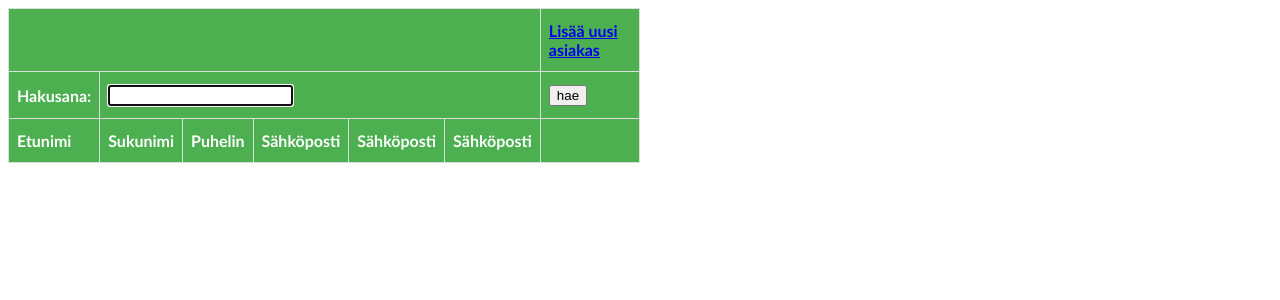
Repository: a1503589/ohjelmointi2-lopputyo
Page: http://localhost/autot/listaaveneet.jsp
The author's editor kept a copy of each file at every save. The page is drawn from the files as they stood at one save, then again after the next save.
The browser window is 1280 px wide. The pictures show the whole page.
The page is served by Tomcat 9. Other server files are loaded and not shown.

Above is the page before, as saved 2021-12-12 17:01:13.

### autot/src/main/webapp/listaaveneet.jsp
<%@ page language="java" contentType="text/html; charset=ISO-8859-1"
    pageEncoding="ISO-8859-1"%>
<!DOCTYPE html>
<html>
<head>
<meta charset="ISO-8859-1">
<link rel="stylesheet" type="text/css" href="css/main.css">
<script src="scripts/main.js"></script>
<title>Listaa asiakkaat</title>
<style>
.oikealle{
	text-align: right;
}
</style>
</head>
<body onkeydown="tutkiKey(event)">
<table id="listaus">
	<thead>
		<tr>
			<th colspan="6" id="ilmo"></th>
			<th><a id="uusiAsiakas" href="lisaaasiakas.jsp">Lisää uusi asiakas</a></th>
		</tr>
		<tr>
			<th class="oikealle">Hakusana:</th>
			<th colspan="5"><input type="text" id="hakusana"></th>
			<th><input type="button" value="hae" id="hakunappi" onclick="haeTiedot()"></th>
		</tr>
		<tr>
			<th>Etunimi</th>
			<th>Sukunimi</th>
			<th>Puhelin</th>
			<th>Sähköposti</th>
			<th>Sähköposti</th>
			<th>Sähköposti</th>
			<th></th>
		</tr>
	</thead>
	<tbody id="tbody">
	</tbody>
</table>
<script>
haeTiedot();
document.getElementById("hakusana").focus();//viedään kursori hakusana-kenttään sivun latauksen yhteydessä

function tutkiKey(event){
	if(event.keyCode==13){//Enter
		haeTiedot();
	}
}
//Funktio tietojen hakemista varten
//GET   /autot/{hakusana}
function haeTiedot(){

	document.getElementById("tbody").innerHTML = "";
	console.log("toimii?");
	fetch("veneet/" + document.getElementById("hakusana").value,{//Lähetetään kutsu backendiin
	      method: 'GET'
	    })
	.then(function (response) {//Odotetaan vastausta ja muutetaan JSON-vastaus objektiksi
		return response.json()
	})
	.then(function (responseJson) {//Otetaan vastaan objekti responseJson-parametrissä
		var veneet = responseJson.veneet;
		var htmlStr="";
		for(var i=0;i<veneet.length;i++){
        	htmlStr+="<tr>";
        	htmlStr+="<td>"+veneet[i].merkkimalli+"</td>";
        	htmlStr+="<td>"+veneet[i].hinta+"</td>";
        	htmlStr+="<td>"+veneet[i].leveys+"</td>";
        	htmlStr+="<td>"+veneet[i].nimi+"</td>";
        	htmlStr+="<td>"+veneet[i].pituus+"</td>";
        	htmlStr+="<td>"+veneet[i].tunnus+"</td>";
        	htmlStr+="<td><a href='muutaasiakas.jsp?asiakas_id="+asiakkaat[i].asiakas_id+"'>Muuta</a>&nbsp;";
        	htmlStr+="<span class='poista' onclick=poista('"+asiakkaat[i].asiakas_id+"','"+asiakkaat[i].etunimi+"','"+asiakkaat[i].sukunimi+"')>Poista</span></td>";
        	htmlStr+="</tr>";
		}
		document.getElementById("tbody").innerHTML = htmlStr;
	})
}

//Funktio tietojen poistamista varten. Kutsutaan backin DELETE-metodia ja välitetään poistettavan tiedon id.
//DELETE /autot/id
function poista(asiakas_id, etunimi,sukunimi){
	if(confirm("Poista asiakas " + etunimi + " " + sukunimi +" ?")){
		fetch("asiakkaat/"+asiakas_id,{//Lähetetään kutsu backendiin
		      method: 'DELETE'
		    })
		.then(function (response) {//Odotetaan vastausta ja muutetaan JSON-vastaus objektiksi
			return response.json()
		})
		.then(function (responseJson) {//Otetaan vastaan objekti responseJson-parametrissä
			var vastaus = responseJson.response;
			if(vastaus==0){
				document.getElementById("ilmo").innerHTML= "Asiakkaan poisto epäonnistui.";
	        }else if(vastaus==1){
	        	document.getElementById("ilmo").innerHTML="Asiakkaan" + etunimi + " " + sukunimi + " poisto onnistui.";
				haeTiedot();
			}
			setTimeout(function(){ document.getElementById("ilmo").innerHTML=""; }, 5000);
		})
	}
}
</script>
</body>
</html>

### autot/src/main/webapp/css/main.css
@charset "ISO-8859-1";
table {
  font-family: "Trebuchet MS", Arial, Helvetica, sans-serif;
  border-collapse: collapse;
  width: 50%;
}

table td, table th {
  border: 1px solid #ddd;
  padding: 8px;
}

table tbody tr:nth-child(even){background-color: #f2f2f2;}

table tbody tr:hover {background-color: #ddd;}

table th {
  padding-top: 12px;
  padding-bottom: 12px;
  text-align: left;
  background-color: #4CAF50;
  color: white;
}

.poista{
	color: red;
	text-decoration: underline;
	cursor: pointer;
}

.oikealle{
	text-align: right;

}

#uusi, #takaisin{
	color: white;
	cursor: pointer;
}

### autot/src/main/webapp/scripts/main.js

function requestURLParam(sParam){
    var sPageURL = window.location.search.substring(1);
    var sURLVariables = sPageURL.split("&");
    for (var i = 0; i < sURLVariables.length; i++){
        var sParameterName = sURLVariables[i].split("=");
        if(sParameterName[0] == sParam){
            return sParameterName[1];
        }
    }
}
function formDataToJSON(data){
	var returnStr="{";
	for(var i=0; i<data.length; i++){
		returnStr+="\"" +data[i].name + "\":\"" + data[i].value + "\",";
	}
	returnStr = returnStr.substring(0, returnStr.length - 1); //poistetaan viimeinen pilkku
	returnStr+="}";
	return returnStr;
}

function siivoa(teksti){
	teksti=teksti.replace("<","");
	teksti=teksti.replace(";","");
	teksti=teksti.replace("'","''");
	return teksti;
}

### autot/src/main/java/control/Veneet.java
package control;

import java.io.IOException;
import java.io.PrintWriter;
import java.util.ArrayList;
import javax.servlet.ServletException;
import javax.servlet.annotation.WebServlet;
import javax.servlet.http.HttpServlet;
import javax.servlet.http.HttpServletRequest;
import javax.servlet.http.HttpServletResponse;

import org.json.JSONObject;

import model.Vene;
import model.dao.Dao;

@WebServlet("/veneet/*")
public class Veneet extends HttpServlet {
	private static final long serialVersionUID = 1L;

    public Veneet() {
        super();
        System.out.println("Veneet.Veneet()");
    }

  //Haetaan autojen tiedot
    //GET  /autot/{hakusana}
    //GET /autot/haeyksi/rekno
	protected void doGet(HttpServletRequest request, HttpServletResponse response) throws ServletException, IOException {
		System.out.println("Veneet.doGet()");
		String pathInfo = request.getPathInfo();	//haetaan kutsun polkutiedot, esim. /audi
		System.out.println("polku: "+pathInfo);
		System.out.println("doGet tähän 1");
		Dao dao = new Dao();
		ArrayList<Vene> veneet;
		String strJSON="";
		if(pathInfo==null) { //Haetaan kaikki autot
			veneet = dao.listaaKaikki();
			strJSON = new JSONObject().put("vene", veneet).toString();
		}else if(pathInfo.indexOf("haeyksi")!=-1) {		//polussa on sana "haeyksi", eli haetaan yhden auton tiedot
			System.out.println("Tähän tultiin");
			String tunnus = pathInfo.replace("/haeyksi/", ""); //poistetaan polusta "/haeyksi/", j�ljelle j�� rekno
			Vene vene = dao.etsiVene(tunnus);

			JSONObject JSON = new JSONObject();
			JSON.put("tunnus", vene.getTunnus());
			JSON.put("nimi", vene.getNimi());
			JSON.put("merkkimalli", vene.getMerkkimalli());
			JSON.put("pituus", vene.getPituus());
			JSON.put("leveys", vene.getLeveys());
			JSON.put("hinta", vene.getHinta());
			strJSON = JSON.toString();
		}else{ //Haetaan hakusanan mukaiset autot
			String hakusana = pathInfo.replace("/", "");
			veneet = dao.listaaKaikki(hakusana);
			strJSON = new JSONObject().put("veneet", veneet).toString();
		}
		response.setContentType("application/json");
		response.setCharacterEncoding("UTF-8");
		PrintWriter out = response.getWriter();
		out.println(strJSON);

	}

	/*
	 * protected void doGet(HttpServletRequest request, HttpServletResponse response) throws ServletException, IOException {
		System.out.println("Asiakkaat.doGet()");
		String pathInfo = request.getPathInfo();	//haetaan kutsun polkutiedot, esim. /aalto
		System.out.println("polku: "+pathInfo);
		String hakusana="";
		if(pathInfo!=null) {
			hakusana = pathInfo.replace("/", "");
		}
		Dao dao = new Dao();
		ArrayList<Asiakas> asiakkaat = dao.listaaKaikki(hakusana);
		System.out.println(asiakkaat);
		String strJSON = new JSONObject().put("asiakkaat", asiakkaat).toString();
		response.setContentType("application/json");
		PrintWriter out = response.getWriter();
		out.println(strJSON);
	}
	 */
	protected void doPost(HttpServletRequest request, HttpServletResponse response) throws ServletException, IOException {
		System.out.println("Veneet.doPost()");
		JSONObject jsonObj = new JsonStrToObj().convert(request); //Muutetaan kutsun mukana tuleva json-string json-objektiksi
		Vene vene = new Vene();
		vene.setNimi(jsonObj.getString("nimi"));
		vene.setMerkkimalli(jsonObj.getString("merkkimalli"));
		vene.setPituus(Double.parseDouble(jsonObj.getString("pituus")));
		vene.setLeveys(Double.parseDouble(jsonObj.getString("leveys")));
		vene.setHinta(Integer.parseInt(jsonObj.getString("hinta")));
		response.setContentType("application/json");
		response.setCharacterEncoding("UTF-8");
		PrintWriter out = response.getWriter();
		Dao dao = new Dao();
		if(dao.lisaaVene(vene)){ //metodi palauttaa true/false
			out.println("{\"response\":1}");  //Auton lis��minen onnistui {"response":1}
		}else{
			out.println("{\"response\":0}");  //Auton lis��minen ep�onnistui {"response":0}
		}
	}

	protected void doPut(HttpServletRequest request, HttpServletResponse response) throws ServletException, IOException {

		System.out.println("Veneet.doPut()");


		JSONObject jsonObj = new JsonStrToObj().convert(request); //Muutetaan kutsun mukana tuleva json-string json-objektiksi


		Vene vene = new Vene();
		vene.setTunnus(Integer.parseInt(jsonObj.getString("tunnus")));
		vene.setNimi(jsonObj.getString("nimi"));
		vene.setMerkkimalli(jsonObj.getString("merkkimalli"));
		vene.setPituus(Double.parseDouble(jsonObj.getString("pituus")));
		vene.setLeveys(Double.parseDouble(jsonObj.getString("leveys")));
		vene.setHinta(Integer.parseInt(jsonObj.getString("hinta")));

		response.setContentType("application/json");

		//System.out.println(asiakas);
		response.setCharacterEncoding("UTF-8");
		PrintWriter out = response.getWriter();
		Dao dao = new Dao();
		if(dao.muutaVene(vene)){ //metodi palauttaa true/false
			out.println("{\"response\":1}");  //Auton muuttaminen onnistui {"response":1}
		}else{
			out.println("{\"response\":0}");  //Auton muuttaminen ep�onnistui {"response":0}
		}
	}

	protected void doDelete(HttpServletRequest request, HttpServletResponse response) throws ServletException, IOException {
		System.out.println("Veneet.doDelete()");
		String pathInfo = request.getPathInfo();	//haetaan kutsun polkutiedot, esim. /ABC-222
		System.out.println("polku: "+pathInfo);
		String poistettavaTunnus = pathInfo.replace("/", "");
		response.setContentType("application/json");
		response.setCharacterEncoding("UTF-8");
		PrintWriter out = response.getWriter();
		Dao dao = new Dao();
		if(dao.poistaVene(poistettavaTunnus)){ //metodi palauttaa true/false
			out.println("{\"response\":1}");  //Auton poistaminen onnistui {"response":1}
		}else{
			out.println("{\"response\":0}");  //Auton poistaminen ep�onnistui {"response":0}
		}
	}

}

### autot/src/main/java/model/dao/Dao.java
package model.dao;

import java.sql.Connection;
import java.sql.DriverManager;
import java.sql.PreparedStatement;
import java.sql.ResultSet;
import java.util.ArrayList;

import model.Vene;

public class Dao {
	private Connection con=null;
	private ResultSet rs = null;
	private PreparedStatement stmtPrep=null;
	private String sql;
	private String db ="Venekanta.sqlite";

	private Connection yhdista(){
    	Connection con = null;
    	String path = System.getProperty("catalina.base");
    	path = path.substring(0, path.indexOf(".metadata")).replace("\\", "/"); //Eclipsessa
    	//System.out.println("Polku on: " + path);
    	//path += "/webapps/"; //Tuotannossa. Laita kanta webapps-kansioon.
    	String url = "jdbc:sqlite:"+path+db;
    	try {
    		Class.forName("org.sqlite.JDBC");
	        con = DriverManager.getConnection(url);
	        System.out.println("Yhteys avattu.");
	     }catch (Exception e){
	    	 System.out.println("Yhteyden avaus ep�onnistui.");
	        e.printStackTrace();
	     }
	     return con;
	}

	public ArrayList<Vene> listaaKaikki(){
		ArrayList<Vene> veneet = new ArrayList<Vene>();
		sql = "SELECT * FROM asiakkaat";
		try {
			con=yhdista();
			if(con!=null){ //jos yhteys onnistui
				stmtPrep = con.prepareStatement(sql);
        		rs = stmtPrep.executeQuery();
				if(rs!=null){ //jos kysely onnistui
					while(rs.next()){
						Vene vene = new Vene();
						vene.setTunnus(rs.getInt(1));
						vene.setNimi(rs.getString(2));
						vene.setMerkkimalli(rs.getString(3));
						vene.setPituus(rs.getDouble(4));
						vene.setHinta(rs.getInt(5));
						veneet.add(vene);
						}
				}
			}
			con.close();
		} catch (Exception e) {
			e.printStackTrace();
		}
		return veneet;
	}

	public ArrayList<Vene> listaaKaikki(String hakusana){
		ArrayList<Vene> veneet = new ArrayList<Vene>();
		sql = "SELECT * FROM veneet WHERE nimi LIKE ? or merkkimalli LIKE ?";
		try {
			con=yhdista();
			if(con!=null){ //jos yhteys onnistui
				stmtPrep = con.prepareStatement(sql);
				stmtPrep.setString(1, "%" + hakusana + "%");
				stmtPrep.setString(2, "%" + hakusana + "%");
				rs = stmtPrep.executeQuery();
				if(rs!=null){ //jos kysely onnistui
					while(rs.next()){
						Vene vene = new Vene();
						vene.setTunnus(rs.getInt(1));
						vene.setNimi(rs.getString(2));
						vene.setMerkkimalli(rs.getString(3));
						vene.setPituus(rs.getDouble(4));
						vene.setLeveys(rs.getDouble(5));
						vene.setHinta(rs.getInt(6));
						veneet.add(vene);

					}
				}
				con.close();
			}
		} catch (Exception e) {
			e.printStackTrace();
		}
		return veneet;
	}


	 public boolean lisaaVene(Vene vene){
		boolean paluuArvo=true;
		sql="INSERT INTO veneet(nimi, merkkimalli, pituus, leveys, hinta) VALUES(?,?,?,?)";
		System.out.println("Ajettiin");
		try {
			con = yhdista();
			stmtPrep=con.prepareStatement(sql);
			stmtPrep.setString(1, vene.getNimi());
			stmtPrep.setString(2, vene.getMerkkimalli());
			stmtPrep.setString(3, Double.toString(vene.getPituus()));
			stmtPrep.setString(4, Double.toString(vene.getLeveys()));
			stmtPrep.setString(5, Integer.toString(vene.getHinta()));
			stmtPrep.executeUpdate();
	        con.close();
		} catch (Exception e) {
			e.printStackTrace();
			paluuArvo=false;
		}
		return paluuArvo;
	}

	 public boolean poistaVene(String tunnus){ //Oikeassa el�m�ss� tiedot ensisijaisesti merkit��n poistetuksi.
			boolean paluuArvo=true;
			sql="DELETE FROM veneet WHERE tunnus=?";
			try {
				con = yhdista();
				stmtPrep=con.prepareStatement(sql);
				stmtPrep.setString(1, tunnus);
				stmtPrep.executeUpdate();
		        con.close();
			} catch (Exception e) {
				e.printStackTrace();
				paluuArvo=false;
			}
			return paluuArvo;
		}

	 public Vene etsiVene (String tunnus) {
			Vene vene = null;
			sql = "SELECT * FROM veneet WHERE tunnus=?";
			try {
				con=yhdista();
				if(con!=null){
					stmtPrep = con.prepareStatement(sql);
					stmtPrep.setString(1, tunnus);
	        		rs = stmtPrep.executeQuery();
	        		if(rs.isBeforeFirst()){ //jos kysely tuotti dataa, eli rekNo on k�yt�ss�
	        			rs.next();
	        			vene = new Vene();
	        			vene.setTunnus(rs.getInt(1));
	        			vene.setNimi(rs.getString(2));
						vene.setMerkkimalli(rs.getString(3));
						vene.setPituus(Double.parseDouble(rs.getString(4)));
						vene.setLeveys(Double.parseDouble(rs.getString(5)));
						vene.setHinta(Integer.parseInt(rs.getString(6)));

					}
				}
				con.close();
			} catch (Exception e) {
				e.printStackTrace();
			}
			return vene;
		}

	 public boolean muutaVene(Vene vene){
			boolean paluuArvo=true;
			String tunnus = Integer.toString(vene.getTunnus());
			System.out.println(tunnus);
			System.out.println(vene);
			sql="UPDATE veneet SET nimi=?, merkkimalli=?, pituus=?, leveys=?, hinta=? WHERE tunnus=?";
			try {
				con = yhdista();

				stmtPrep=con.prepareStatement(sql);
				stmtPrep.setString(1, vene.getNimi());
				stmtPrep.setString(2, vene.getMerkkimalli());
				stmtPrep.setString(3, Double.toString(vene.getPituus()));
				stmtPrep.setString(4, Double.toString(vene.getLeveys()));
				stmtPrep.setString(5, Integer.toString(vene.getHinta()));
				stmtPrep.setString(6, tunnus);
				stmtPrep.executeUpdate();
		        con.close();
			} catch (Exception e) {
				e.printStackTrace();
				paluuArvo=false;
			}
			return paluuArvo;
		}



}

After the next save:
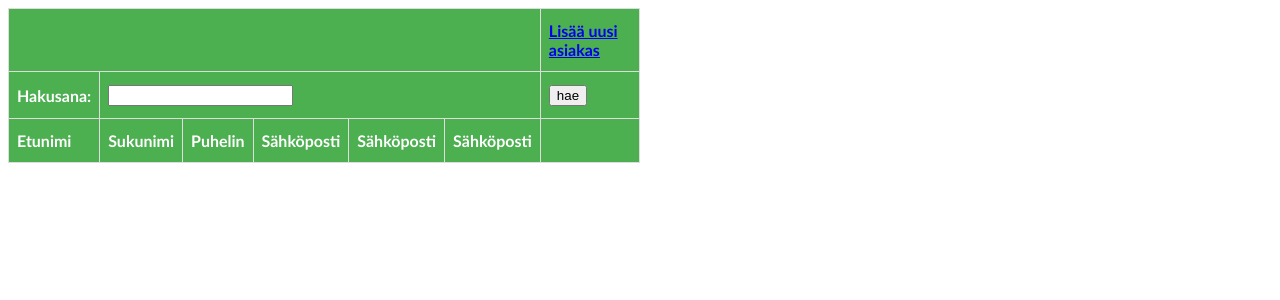
Console error: SyntaxError: Unexpected token '.'
Saved 15 s later.
--- a/autot/src/main/webapp/listaaveneet.jsp
+++ b/autot/src/main/webapp/listaaveneet.jsp
@@ -52,10 +52,11 @@
 function haeTiedot(){
 
 	document.getElementById("tbody").innerHTML = "";
-	console.log("toimii?");
+
 	fetch("veneet/" + document.getElementById("hakusana").value,{//Lähetetään kutsu backendiin
 	      method: 'GET'
 	    })
+	    console.log("toimii?");
 	.then(function (response) {//Odotetaan vastausta ja muutetaan JSON-vastaus objektiksi
 		return response.json()
 	})

After the 2 saves that followed:
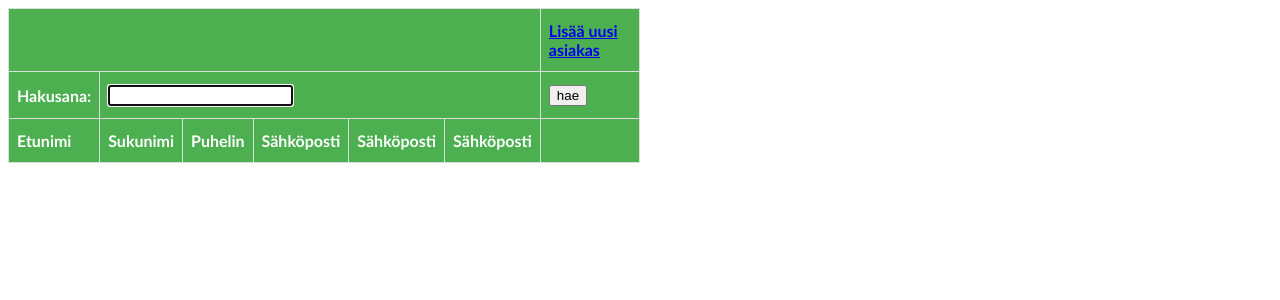
The error is gone.
The 2 saves are shown as one change because 1 left the picture as it was.
The last was saved 36 s later.
--- a/autot/src/main/webapp/listaaveneet.jsp
+++ b/autot/src/main/webapp/listaaveneet.jsp
@@ -55,10 +55,12 @@
 
 	fetch("veneet/" + document.getElementById("hakusana").value,{//Lähetetään kutsu backendiin
 	      method: 'GET'
+
 	    })
-	    console.log("toimii?");
+
 	.then(function (response) {//Odotetaan vastausta ja muutetaan JSON-vastaus objektiksi
 		return response.json()
+		console.log("toimii?");
 	})
 	.then(function (responseJson) {//Otetaan vastaan objekti responseJson-parametrissä
 		var veneet = responseJson.veneet;
